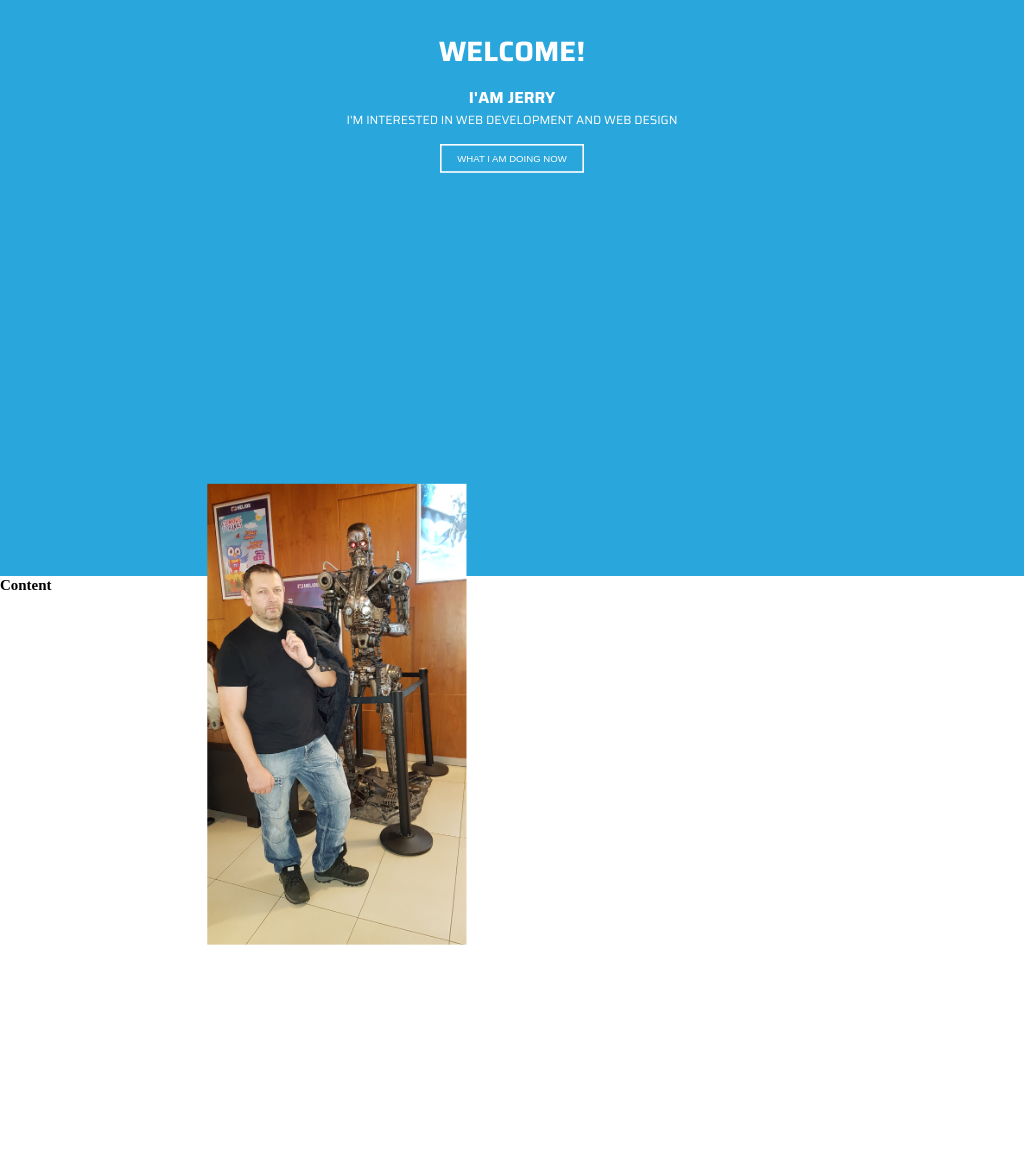
Repository: navanweb/dev
Page: jerry.html
The author's editor kept a copy of each file at every save. The page is drawn from the files as they stood at one save, then again after the next save.
The browser window is 1280 px wide. The pictures show the whole page, at 80% of full size.

Above is the page before, as saved 2019-04-06 19:50:13.

After the next save:
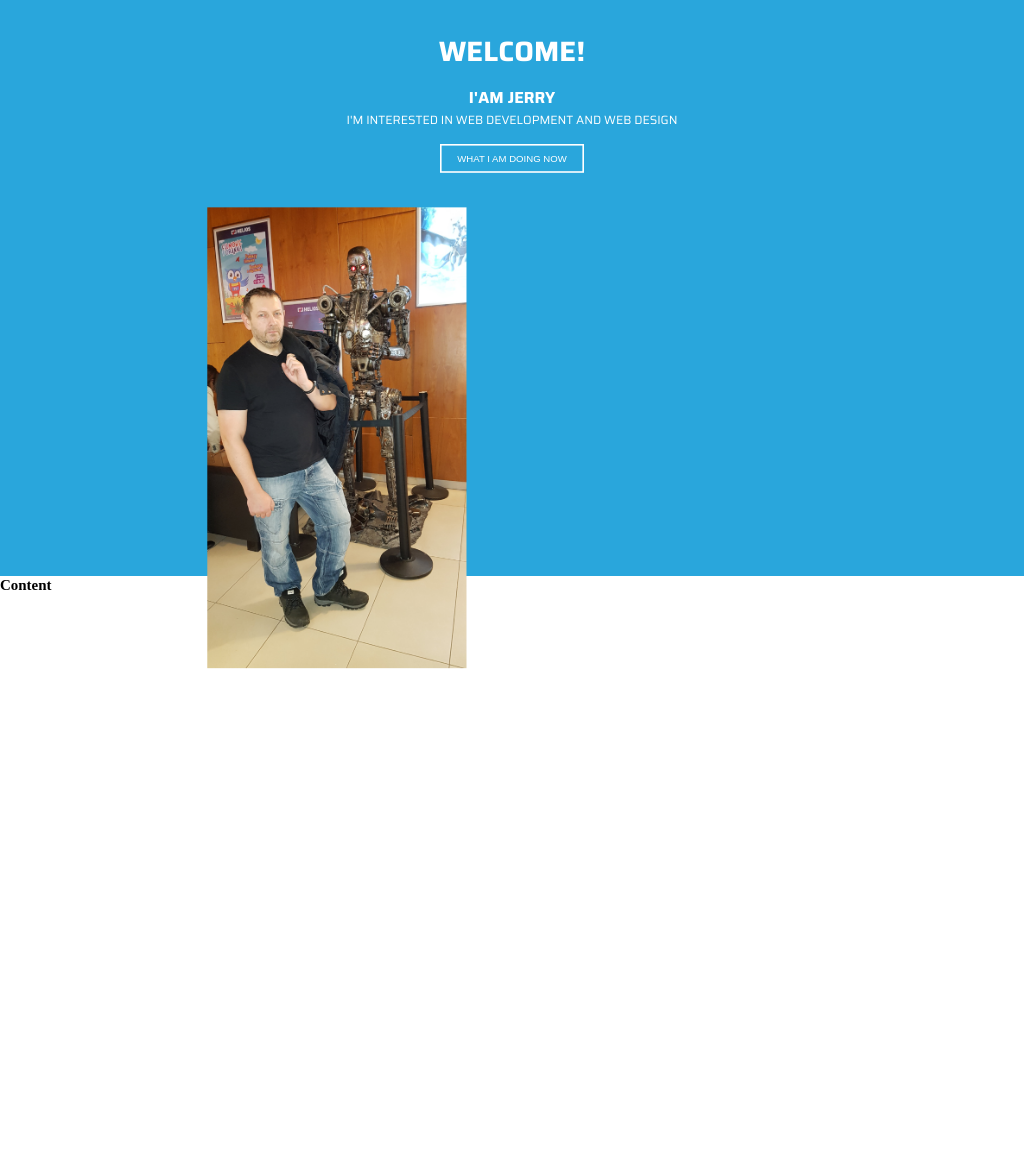
Saved 6 s later.
--- a/css/jerry.css
+++ b/css/jerry.css
@@ -62,7 +62,7 @@ header button {
 @media (orientation:landscape) {
     header img {
         height: 80%;
-        transform: translate(80%, 80%);
+        transform: translate(80%, 20%);
         /* bottom: 0; */
         /* right: 15%; */
     }
